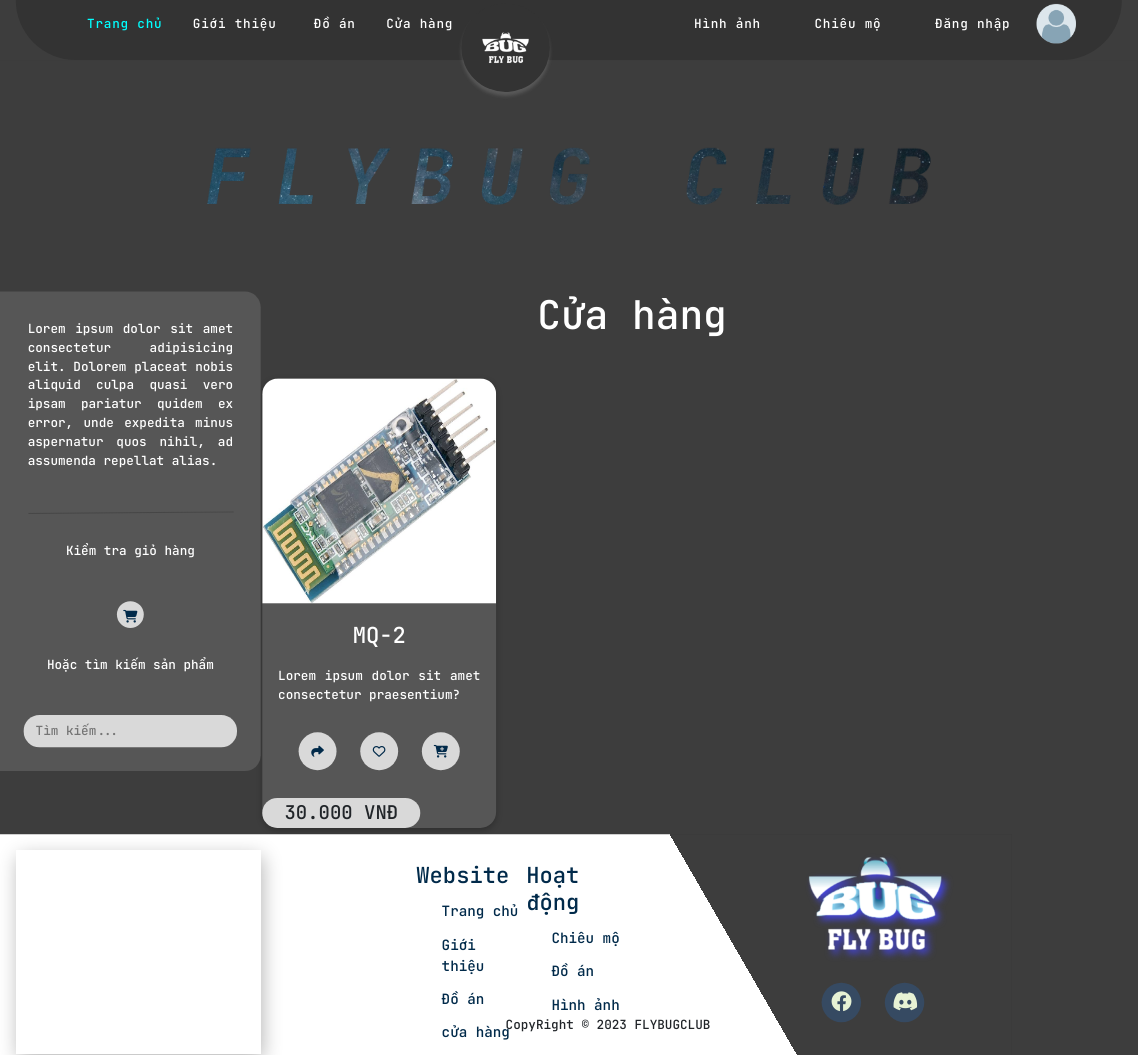
Repository: NQD2308/FlyBugClub_WebApp
Page: PROJECT FLYNUG/html/store.html
An editor plug-in stored every save of this project. The page is shown before and after the next save, followed by the edit.
The browser window is 1280 px wide. The page is 1440 px wide, so the pictures cover 1440 px, including what lies to the right of the window. The pictures show the whole page, at 79% of full size.
Pictures or frames that could not be fetched are drawn as grey boxes.

Above is the page before, as saved 2023-09-18 11:25:04.

### PROJECT FLYNUG/html/store.html
<html lang="en">

<head>
    <meta charset="UTF-8">
    <meta name="viewport" content="width=device-width, initial-scale=1.0">
    <title>Document</title>

    <!-- Bootrap 5 -->
    <link href="https://cdn.jsdelivr.net/npm/bootstrap@5.0.2/dist/css/bootstrap.min.css" rel="stylesheet" integrity="sha384-EVSTQN3/azprG1Anm3QDgpJLIm9Nao0Yz1ztcQTwFspd3yD65VohhpuuCOmLASjC" crossorigin="anonymous">

    <!-- Font awesome -->
    <link rel="stylesheet" href="https://cdnjs.cloudflare.com/ajax/libs/font-awesome/6.4.2/css/all.min.css" integrity="sha512-z3gLpd7yknf1YoNbCzqRKc4qyor8gaKU1qmn+CShxbuBusANI9QpRohGBreCFkKxLhei6S9CQXFEbbKuqLg0DA==" crossorigin="anonymous" referrerpolicy="no-referrer" />

    <!-- CSS -->
    <link rel="stylesheet" href="../css/style.css">
    <!-- Reset -->
    <link rel="stylesheet" href="../css/default_setting.css">

    <!-- JetBrains Mono font -->
    <link rel="preconnect" href="https://fonts.googleapis.com">
    <link rel="preconnect" href="https://fonts.gstatic.com" crossorigin>
    <link
        href="https://fonts.googleapis.com/css2?family=JetBrains+Mono:ital,wght@0,300;0,500;0,600;0,700;0,800;1,400&display=swap"
        rel="stylesheet">
</head>

<body>
    <!-- ========================
                #HEADER
        ========================-->
    <header>
        <div class="nav">
            <div class="nav__links">
                <ul class="nav__links-left">
                    <li><a class="active" href="#">Trang chủ</a></li>
                    <li><a href="#">Giới thiệu</li>
                    <li><a href="#">Đồ án</a></li>
                    <li><a href="#">Cửa hàng</a></li>
                </ul>
            </div>
            <div class="logo">
                <img src="../img/logo.png" alt="FlyBug logo">
            </div>
            <div class="nav__links">
                <ul class="nav__links-right">
                    <li><a href="#">Hình ảnh</a></li>
                    <li><a href="#">Chiêu mộ</a></li>
                    <li class="login"><a href="#">Đăng nhập</a></li>
                    <li class="login-Img">
                        <a href="#"><img src="../img/user.png" alt=""></a>
                    </li>
                </ul>
            </div>
        </div>
        <div class="text-logo">
            <img  src="../img/FLYBUG CLUB.png" alt="Photo logo">
        </div>
    </header>

    <section class="body">
        <div class="container">
            <div class="row">
                <div class="col col-md-3 left">
                    <div class="search">
                        <div class="store-note">
                            <p>Lorem ipsum dolor sit amet consectetur adipisicing elit. Dolorem placeat nobis aliquid culpa quasi vero ipsam pariatur quidem ex error, unde expedita minus aspernatur quos nihil, ad assumenda repellat alias.</p>
                        </div>
                        <div class="center">
                            <svg xmlns="http://www.w3.org/2000/svg" width="261" height="4" viewBox="0 0 261 4" fill="none">
                                <path d="M1 2.96216L260.993 0.99995" stroke="#3D3D3D" stroke-opacity="0.8"/>
                            </svg>
                        </div>
                        <div class="shopping-function">
                            <p>Kiểm tra giỏ hàng</p>
                            <div class="center ">
                                <button class="icon-shopping">
                                    <a href="#">
                                        <i class="fa-solid fa-cart-shopping"></i>
                                    </a>
                                </button>
                            </div>
                            <p>Hoặc tìm kiếm sản phẩm</p>
                            <div class="center">
                                <input type="text" placeholder="Tìm kiếm...">
                            </div>
                        </div>
                    </div>
                </div>
                <div class="col col-md-9 right">
                    <div class="store">
                        <h1>Cửa hàng</h1>
                        <div class="item-store">
                            <div class="row">
                                <div class="col col-md-4">
                                    <div class="item-card">
                                        <img src="../img/bluth.jpg" alt="Photo item store">
                                        <h3>MQ-2</h3>
                                        <p>Lorem ipsum dolor sit amet consectetur praesentium?</p>
                                        <div class="center icon-card">
                                            <button class="icon icon-share">
                                                <a href="#">
                                                    <i class="fa-solid fa-share"></i>
                                                </a>
                                            </button>
                                            <button class="icon icon-love">
                                                <a href="#">
                                                    <i class="fa-regular fa-heart"></i>
                                                </a>
                                            </button>
                                            <button class="icon icon-share">
                                                <a href="#">
                                                    <i class="fa-solid fa-cart-plus"></i>
                                                </a>
                                            </button>
                                        </div>
                                        <div class="item-price">
                                            <h2>30.000 VNĐ</h2>
                                        </div>
                                    </div>
                                </div>
                            </div>
                        </div>
                    </div>
                </div>
            </div>
        </div>
    </section>

 <!-- ========================
                #FOOTER
        ========================-->
    <footer class="footer">
        <div class="footer-left">
            <iframe class="ggmap" src="https://www.google.com/maps/embed?pb=!1m18!1m12!1m3!1d15678.190787267133!2d106.64595238715819!3d10.769299600000005!2m3!1f0!2f0!3f0!3m2!1i1024!2i768!4f13.1!3m3!1m2!1s0x31752f7c8bf050ff%3A0x4fa87595d124cc0c!2zVHLGsOG7nW5nIMSQ4bqhaSBo4buNYyBIb2EgU2VuIC0gQ8ahIHPhu58gVGjDoG5oIFRow6Fp!5e0!3m2!1svi!2s!4v1691345035899!5m2!1svi!2s" width="500" height="250" style="border:1;" allowfullscreen="" loading="lazy" referrerpolicy="no-referrer-when-downgrade"></iframe>
        </div>
        <ul class="footer-center">
            <li>
                <h3>Website</h3>

                <ul class="box">
                    <li><a href="#">Trang chủ</a></li>
                    <li><a href="#">Giới thiệu</a></li>
                    <li><a href="#">Đồ án</a></li>
                    <li><a href="#">cửa hàng</a></li>
                </ul>
            </li>
            <li>
                <h3>Hoạt động</h3>

                <ul class="box">
                    <li><a href="#">Chiêu mộ</a></li>
                    <li><a href="#">Đồ án</a></li>
                    <li><a href="#">Hình ảnh</a></li>
                </ul>
            </li>
        </ul>
        <div class="footer-right">
            <div class="img-logo">
                <img src="../img/flybug.png" alt="">
            </div>
            <div class="socials">
                <a href="#"><i class="fa-brands fa-facebook"></i></a>
                <a href="#"><i class="fa-brands fa-discord"></i></a>
            </div>
        </div>

        <div class="footer-bottom">
            <p>CopyRight &copy; 2023 FLYBUGCLUB</p>
        </div>
    </footer>

</body>

</html>

### PROJECT FLYNUG/css/style.css
li,
a,
button {
    list-style: none;
    font-family: 'JetBrains Mono', monospace;
    font-size: 16px;
    text-decoration: none;
    color: #fff;
    cursor: url(../img/bug-icon.png) 5 5, auto !important;
}
body {
    cursor: url(../img/bug-icon.png) 5 5, auto !important;
}
a {
    cursor: url(../img/bug-icon.png) 5 5, auto;
}
body {
    background-color: #3d3d3d;
}

/* =========================
        #HEADER
    =========================*/
header {
    /* position: fixed; */
    width: 1440px;
    /* height: 80px; */
    /* border-bottom: 1px solid #00000026; */




    /* backdrop-filter: blur(20px); */
}

header .nav {
    width: 1400px;
    margin: 0 auto;
    max-width: 100%;
    background: #333;
    border-radius: 0px 0px 80px 80px;
    display: flex;
    justify-content: space-between;
    align-items: center;
    padding: 0 3%;
    top: 0%;
    z-index: 10;
    box-shadow: rgba(0, 0, 0, 0.3) 2.72076px ;
    /* border: 1px solid red; */
}

header .nav ul {
    display: flex;
    align-items: center;
}

header .nav ul li {
    margin: 5px 15px;
    letter-spacing: 1px;
}

header .nav .logo {
    /* border: 1px solid red; */
    width: 7rem;
    height: 7rem;
    position: absolute;
    left: 50%;
    transform: translate(-50%, 20%);
    background-color: #333;
    overflow: hidden;
    border-radius: 100%;
    box-shadow: 0 5px 5px rgba(204, 204, 204, .2);
}

header .logo img {
    width: 100%;
    height: 100%;
    object-fit: cover;
}

header .nav__links {
    width: 40%;
    height: 100%;
}
header .nav__links ul li a{
    transition: .3s ease;
}
header .nav__links ul > li:hover a{
    color: aqua;
}
header .nav__links-left,
header .nav__links-right {
    justify-content: space-between;
}

.active {
    color: aqua;
}

.nav__links-right li:last-child {
    width: 50px;
    height: 50px;
}

header .nav__links-right {
    margin-left: -20px;
}

header .nav__links-right .login-img {
    margin-left: -20px;
}

header .text-logo{
    display: flex;
    justify-content: center;
    width: 1440px;
    background-color: #3d3d3d;
    /* border: 1px solid white; */
    padding: 110px 0;
}

/* ================================ */
/* ============= BODY ============= */
/* ================================ */

/*  @############ LEFT ############@ */

section.body .container{
    max-width: 1440px;
}
section.body .left{
    padding-left: 0;
}

section.body .search{
    width: 330px;
    background-color: #565656;
    border-radius: 0 20px 20px 0;
    position: relative;
    left: 0;
}

.body .search store-note{
    display: flex;
    justify-content: center;
}

.body .search p{
    color: #FFF;
    text-align: justify;
    padding: 35px;
}

.body .search .shopping-function p{
    text-align: center;
}

.body .search .shopping-function button.icon-shopping{
    width: 34px;
    height: 34px;
    border-radius: 50%;
    background-color: #D9D9D9;
    border: none;
}

.body .search .shopping-function .icon-shopping i{
    display: flex;
    justify-content: center;
    width: 24px;
    color: #012A4A;
    transition: all .25s ease-in;
    /* border: 1px solid orange; */
    border-radius: 50%;
    padding: 10px 16px 6px 17px;
}

.body .search .shopping-function button.icon-shopping:hover i{
    color: orange;
    transition: all .25s ease-in;
}

.body .search .shopping-function input{
    width: 270px;
    padding: 10px 15px;
    border-radius: 20px;
    border: none;
    background-color: #D9D9D9;
    margin-bottom: 30px;
}

/*  @############ RIGHT ############@ */

.body .right .store h1{
    color: white;
    text-align: center;
    font-size: 50px;
    margin-bottom: 50px;
}

.body .right .store .item-card{
   background-color: #565656;
    /* border: white 1px solid; */
    border-radius: 20px;
    box-shadow: rgba(0, 0, 0, 0.24) 0px 3px 8px;
}

.body .right .store img {
    height: 285px;
    background-size: cover;
    background-position: center;
    background-attachment: fixed;
    border-radius: 20px 20px 0 0;
}

.body .right .store h3{
    margin: 23px 0;
    text-align: center;
    color: white;
}

.body .right .store p{
    color: white;
    text-align: justify;
    padding: 0 20px;
    font-size: 16px;
    margin: 15px 0;
}

.body .right .store .icon-card{
    margin: 20px 0;
}

.body .right .store .icon-card .icon{
    width: 48px;
    height: 48px;
    border: none;
    margin: 15px;
    background-color: #D9D9D9;
    border-radius: 50%;
}

.body .right .store .icon-card .icon i{
    /* border: orange 1px solid; */
    color: #012A4A;
    padding: 15px;
    border-radius: 50%;
    transition: all .25s ease-in;
}

.body .right .store .icon-card .icon :hover i{
    /* border: orange 1px solid; */
    rotate: 360deg;
    transition: all .25s ease-in;
}

.body .right .store .item-card .item-price{

}

.body .right .store .item-card .item-price h2{
    width: 200px;
    padding: 5px 20px;
    font-size: 24px;
    background-color: #D9D9D9;
    border: none;
    border-radius: 20px;
    text-align: center;

}

/* =========================
        #FOOTER
         background-image: linear-gradient(60deg, white 70%, #3d3d3d 25%);
    =========================*/
footer {
    /* width: 100%; */
    position: relative;
    height: 280px;
    background-color: #333;
    background-image: linear-gradient(60deg, white 70%, #3d3d3d 25%);

    display: flex;
    flex-flow: row wrap;
    justify-content: space-between;
    padding: 20px;
    overflow: hidden;
}

.footer>* {
    width: calc(100% / 4);
}

.footer ul li,
.footer ul li a {
    color: #012A4A;
    font-size: 18px;
}

.footer-left {
    margin-right: 1.25em;
    margin-bottom: 2em;
    box-shadow: rgba(0, 0, 0, 0.3) 2.72076px 8px 24px;
}

.footer-left iframe {
    border-radius: 5px;
}

.footer-center {
    display: flex;
    flex-flow: row wrap;
    justify-content: space-between;
}

.footer-center>* {
    width: calc(100% / 2);
}

.footer-center li {
    margin: 15px 0;
}

.footer-center .box li a {
    transition: .3s ease;
}

.footer-center .box>li:hover a {
    margin-left: 10px;
    color: #4444dd;
    font-weight: bold;
}

.footer-right {
    height: 100%;
    margin: -10px 0;
    display: flex;
    align-items: center;
    flex-flow: row wrap;
    justify-content: center;
}

.footer-right .img-logo {
    width: 100%;
    display: flex;
    justify-content: center;
}

.footer-right img {
    width: 60%;
    filter: drop-shadow(5px 5px 5px #4444dd);
}

.socials a {
    background: #364a62;
    width: 50px;
    height: 50px;
    display: inline-block;
    text-align: center;
    margin: 0 10px;
    border-radius: 100%;
    transition: 0.4s ease;
}

.socials a i {
    color: #e7f2d4;
    padding: 10px;
    font-size: 26px;
}

.socials>a:first-child:hover {
    background-color: #4267B2;
    transform: rotate(1turn);
}

.socials>a:last-child:hover {
    background-color: #7289da;
    transform: rotate(1turn);
}

.footer-bottom {
    position: absolute;
    bottom: 10;
    left: 50%;
}


.main  {
    height: 100vh;
}

### PROJECT FLYNUG/css/default_setting.css
html {
  max-width: 1440px;
  margin: auto;
	line-height: 1.5;
	box-sizing: border-box;
	scroll-behavior: smooth;
  }
  * {
	margin: 0;
	padding: 0;
  font-family: 'JetBrains Mono', monospace;
  }
  *,
  *:before,
  *:after {
	box-sizing: border-box;
  }
  input,
  textarea,
  select,
  button {
	outline: none;
	font: inherit;
  }
  input {
	line-height: normal;
  }
  label,
  button {
	cursor: pointer;
	user-select: none !important;
  }
  ul {
	list-style: none;
  }
  a {
	text-decoration: none;
  }
  img,
  picture,
  video,
  canvas,
  svg {
	display: block;
	max-width: 100%;
	user-select: none !important;
  }

  p,
  h1,
  h2,
  h3,
  h4,
  h5,
  h6 {
	overflow-wrap: break-word;
  }

  /* Mobie: width < 740px */
  @media only screen and (max-width: 46.1875em) {
    input[type="color"],
    input[type="date"],
    input[type="datetime"],
    input[type="datetime-local"],
    input[type="email"],
    input[type="month"],
    input[type="number"],
    input[type="password"],
    input[type="search"],
    input[type="tel"],
    input[type="text"],
    input[type="time"],
    input[type="url"],
    input[type="week"],
    select:focus,
    textarea {
      font-size: 16px;
    }
  }

  .center{
    display: flex;
    justify-content: center;
  }

After the next save:
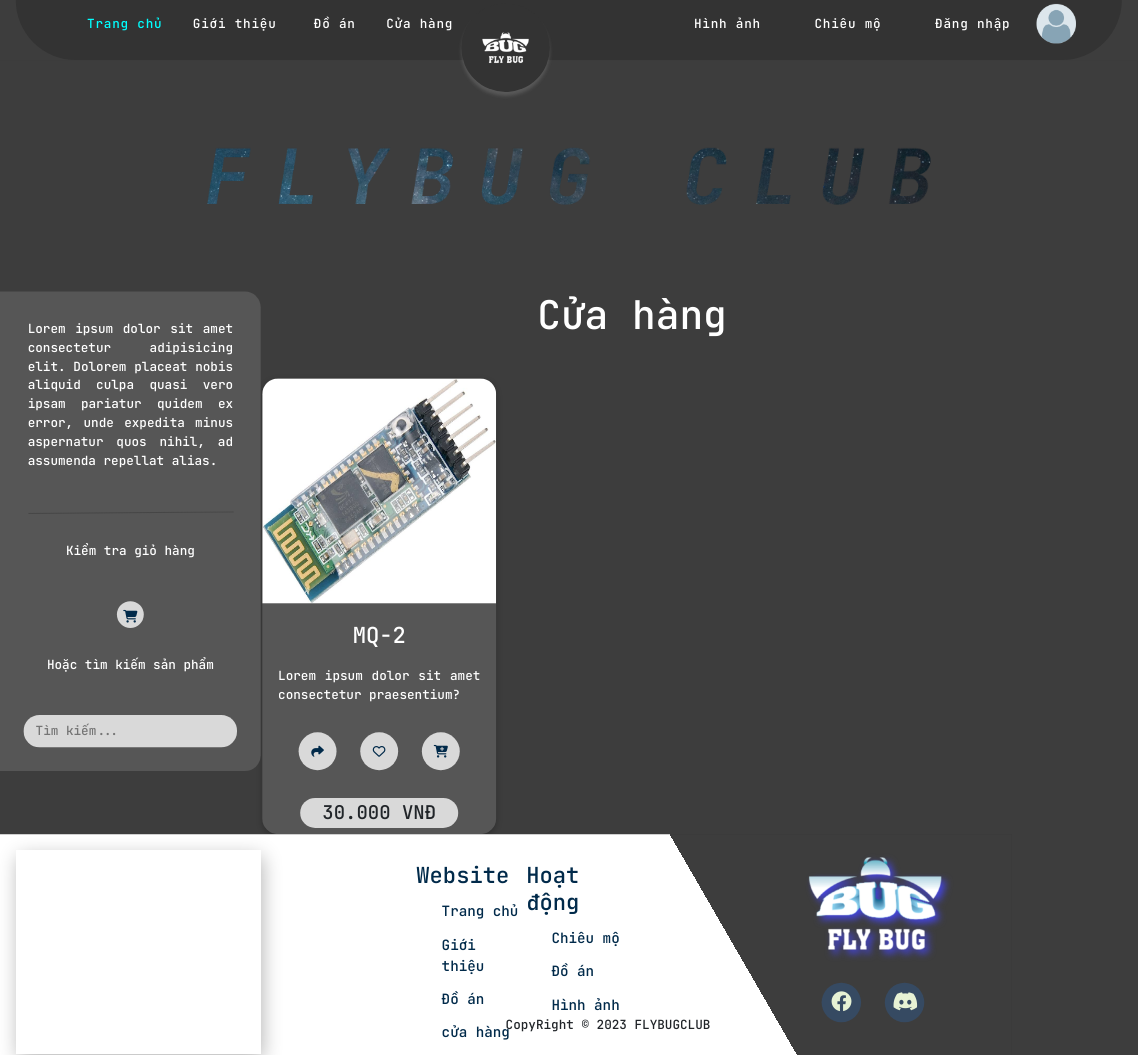
Saved 19 s later.
--- a/PROJECT FLYNUG/html/store.html
+++ b/PROJECT FLYNUG/html/store.html
@@ -113,7 +113,7 @@
                                                 </a>
                                             </button>
                                         </div>
-                                        <div class="item-price">
+                                        <div class="center item-price">
                                             <h2>30.000 VNĐ</h2>
                                         </div>
                                     </div>
